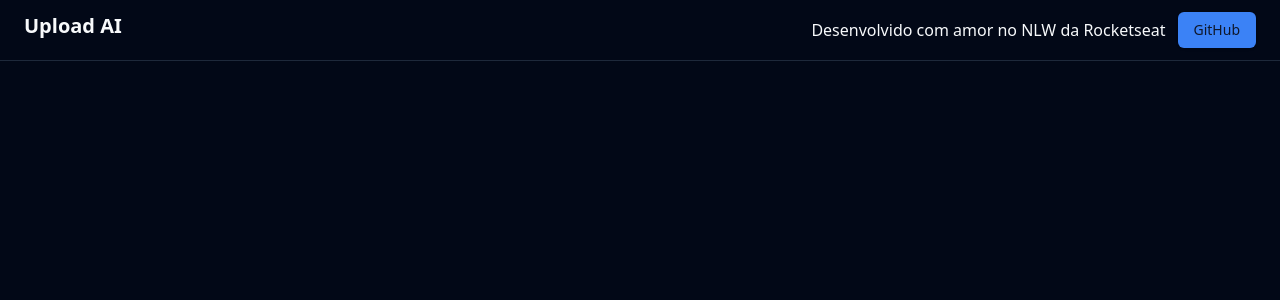
Repository: brksaian/nlw-2023-IA
Page: /
The author's editor kept a copy of each file at every save. The page is drawn from the files as they stood at one save, then again after the next save.
The browser window is 1280 px wide. The pictures show the whole page.
The project was rebuilt for these pictures with package versions that can differ from the ones it lists, and the page was loaded fresh each time. Also part of the build but not shown: vite.config.ts.

Above is the page before, as saved 2023-09-12 21:35:08.

After the next save:
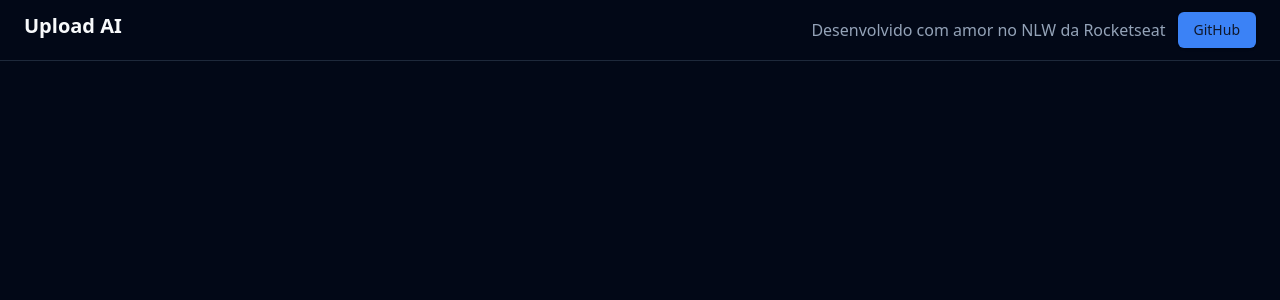
Saved 60 s later.
--- a/src/App.tsx
+++ b/src/App.tsx
@@ -7,7 +7,9 @@ export function App() {
         <h1 className="text-xl font-bold">Upload AI</h1>
 
         <div className="flex items-center gap-3">
-          <span className="">Desenvolvido com amor no NLW da Rocketseat </span>
+          <span className="text-small text-muted-foreground">
+            Desenvolvido com amor no NLW da Rocketseat{" "}
+          </span>
           <Button>GitHub</Button>
         </div>
       </div>
